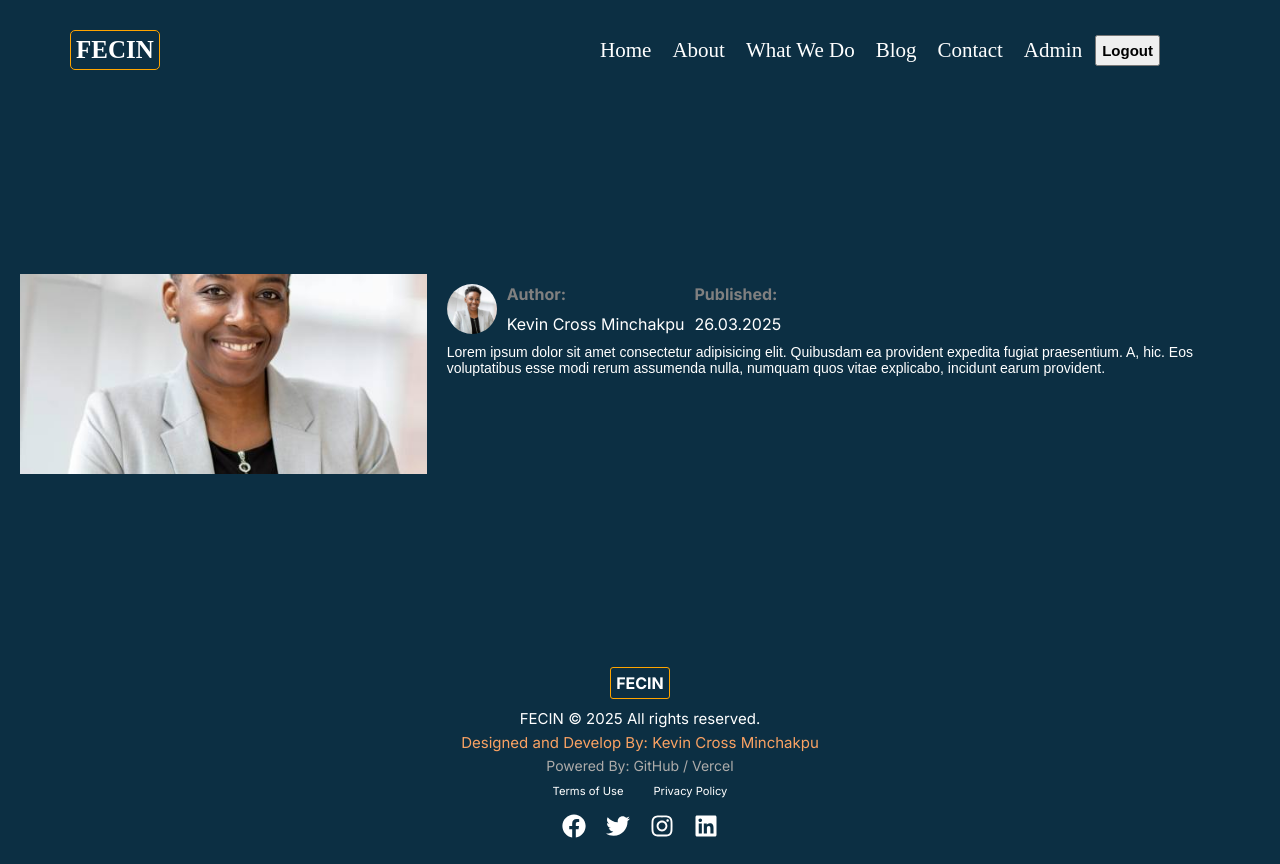
Repository: KCMinchakpu/fecin-projectgs497
Page: /blog/post
An editor plug-in stored every save of this project. The page is shown before and after the next save, followed by the edit.
The browser window is 1280 px wide. The pictures show the whole page.
The project was rebuilt for these pictures with package versions that can differ from the ones it lists, and the page was loaded fresh each time. The framework's server and built-in components were replaced by stand-ins that run in the browser. Also part of the build but not shown: next.config.mjs.

Above is the page before, as saved 2025-04-02 19:30:25.

After the next save:
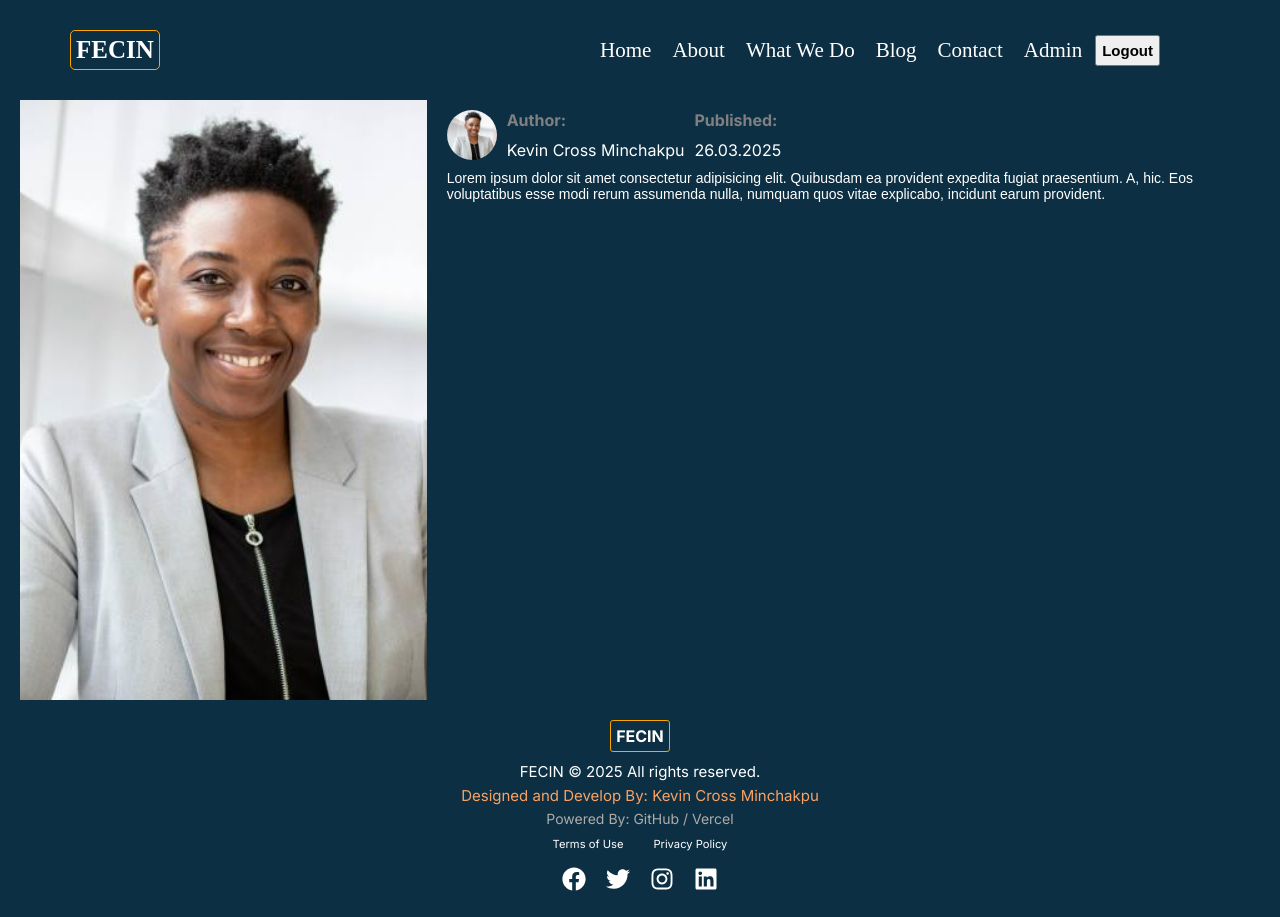
Saved 61 s later.
--- a/src/app/blog/[slug]/singlePost.module.css
+++ b/src/app/blog/[slug]/singlePost.module.css
@@ -6,7 +6,7 @@
   .imgContainer {
     flex: 1;
     position: relative;
-    height: 200px;
+    height: 600px;
   }
 
   .img {
